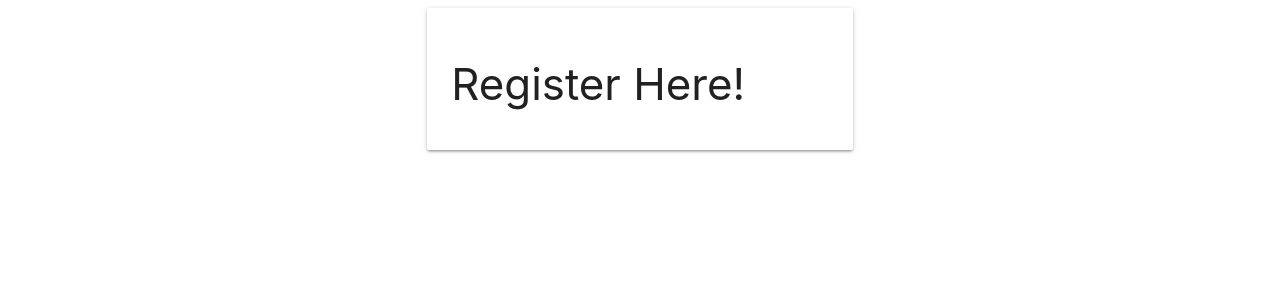
Repository: riddhiwho/Eclipse-Projects
Page: http://localhost/Register/signup.jsp
The author's editor kept a copy of each file at every save. The page is drawn from the files as they stood at one save, then again after the next save.
The browser window is 1280 px wide. The pictures show the whole page.
The page is served by Tomcat 9. Other server files are loaded and not shown.

Above is the page before, as saved 2021-06-05 05:40:02.

### Register/src/main/webapp/signup.jsp
<%@ page language="java" contentType="text/html; charset=UTF-8"
    pageEncoding="UTF-8"%>
<!DOCTYPE html>
<html>
<head>
<meta charset="UTF-8">
<title>JSP Page</title>

    <!-- Compiled and minified CSS -->
    <link rel="stylesheet" href="https://cdnjs.cloudflare.com/ajax/libs/materialize/1.0.0/css/materialize.min.css">

    <!-- Compiled and minified JavaScript -->
    <script src="https://cdnjs.cloudflare.com/ajax/libs/materialize/1.0.0/js/materialize.min.js"></script>

</head>
<body>
	<div class="container">
		<div class="row">
			<div class="col m6 offset-m3">
				<div class="card">
					<div class="card-content">
						<h3>Register Here!</h3>
					</div>
				</div>
			</div>
		</div>
	</div>
</body>
</html>

After the next save:
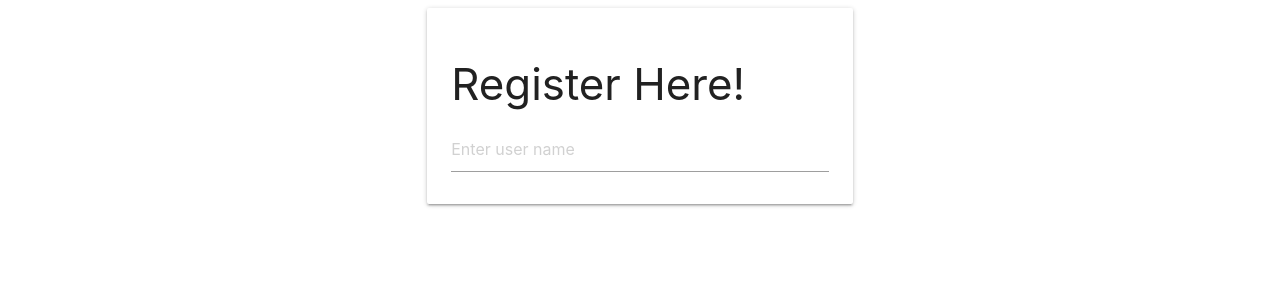
Saved 3 min 29 s later.
--- a/Register/src/main/webapp/signup.jsp
+++ b/Register/src/main/webapp/signup.jsp
@@ -20,6 +20,18 @@
 				<div class="card">
 					<div class="card-content">
 						<h3>Register Here!</h3>
+
+						<div clas="form">
+
+							<form action="Register" method="post">
+								<input type="text" name="user_name" placeholder="Enter user name" />
+							</form>
+
+						</div>
+
+						<div clas="loader">
+
+						</div>
 					</div>
 				</div>
 			</div>
